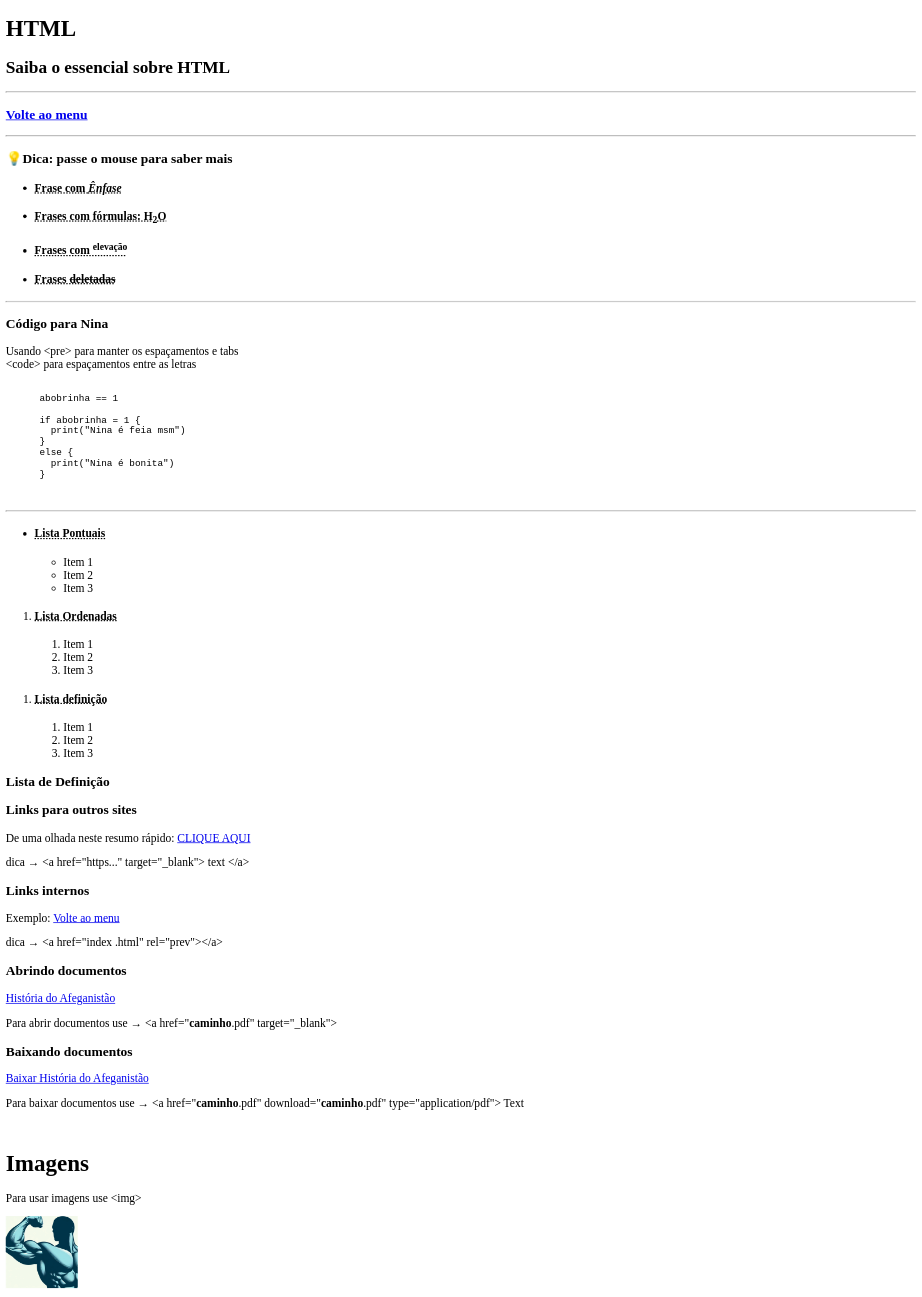
Repository: LuidyOn/Site_Forca_Total
Page: ForçaTotal/sobreHTML.html
The author's editor kept a copy of each file at every save. The page is drawn from the files as they stood at one save, then again after the next save.
The browser window is 1280 px wide. The pictures show the whole page, at 72% of full size.

Above is the page before, as saved 2025-05-15 20:35:02.

### ForçaTotal/sobreHTML.html
<!DOCTYPE html>
<html lang="pt-br">
<head>
  <meta charset="UTF-8">
  <meta name="viewport" content="width=device-width, initial-scale=1.0">
  <link rel="shortcut icon" href="img/icons/logo.ico" type="image/x-icon">
  <title>Testes Força total</title>
</head>
<body>
  <h1>HTML</h1>
  <h2>Saiba o essencial sobre HTML</h2>

  <hr>
  <h3><a href="index.html" rel="prev"> Volte ao menu</a></h3>
  <hr>

<h3>💡Dica: passe o mouse para saber mais</h3>

  <ul><li><h4> <abbr title="Para deixar uma frase com ênfase, usamos: <em> ">Frase com <em>Ênfase</em></h4> </abbr>
  </li></ul>

    <ul><li><h4><abbr title="Para utilizarmos frases 'baixas' ou fórmulas usamos: <sub></sub>"> Frases com fórmulas: H<sub>2</sub>O</abbr></h4> </li></ul>

  <ul><li><h4> <abbr title="Para utilizarmos frases com ênfase/superiores usamos: <sup></sup>">Frases com <sup>elevação</sup></h4> </abbr></li></ul>

  <ul><li><abbr title=" Para utilizarmos frases deletadas usamos: <del>"><h4>Frases <del>deletadas</del></h4></abbr></li></ul>

  <hr>

  <h3>Código para Nina</h3>
  <p>Usando &lt;pre&gt; para manter os espaçamentos e tabs <br> &lt;code&gt; para espaçamentos entre as letras</p>

  <p></p>

  <pre>
    <code>
      abobrinha == 1

      if abobrinha = 1 {
        print("Nina é feia msm")
      }
      else {
        print("Nina é bonita")
      }
    </code>
  </pre>

  <hr>

      <ul>
        <li>
          <abbr title="Para usar lista pontuadas use <ul>"> <h4>Lista Pontuais</h4> </abbr>
        </li>
          <ul>
            <li>Item 1</li>
            <li>Item 2</li>
            <li>Item 3</li>
          </ul>
      </ul>

      <ol>
        <li>
          <abbr title="Para usar lista ordenadas use <ol>"> <h4>Lista Ordenadas</h4> </abbr>
        </li>
          <ol>
            <li>Item 1</li>
            <li>Item 2</li>
            <li>Item 3</li>
          </ol>
      </ol>

      <ol>
        <li>
          <abbr title="Para usar uma lista de definição, use <dl> para agrupar os elementos, <dt> para o termo e <dd> para a descrição."> <h4>Lista definição</h4> </abbr>
        </li>
          <ol>
            <li>Item 1</li>
            <li>Item 2</li>
            <li>Item 3</li>
          </ol>
      </ol>

  <h3>Lista de Definição</h3>




    <h3>Links para outros sites</h3>
    <p>De uma olhada neste resumo rápido: <a href="https://www.youtube.com/watch?v=dQw4w9WgXcQ" target="_blank" rel="External"> CLIQUE AQUI </a></p>
    <p>dica &rarr; &lt;a href="https..." target="_blank"&gt; text &lt;/a&gt;</p>

    <h3>Links internos</h3>

    <p>Exemplo: <a href="index.html" rel="prev"> Volte ao menu</a></p>
    <p>dica &rarr; &lt;a href="index .html" rel="prev"&gt;&lt;/a&gt;</p>

    <h3>Abrindo documentos</h3>
    <p><a href="Documentos/PDFs/GUERRA DO AFEGANISTÃO.pdf" target="_blank"> História do Afeganistão</a></p>

    <p>Para abrir documentos use &rarr; &lt;a href="<strong>caminho</strong>.pdf" target="_blank"&gt;</p>

    <h3>Baixando documentos</h3>
    <p><a href="Documentos/PDFs/GUERRA DO AFEGANISTÃO.pdf" target="_blank" download="Documentos/PDFs/GUERRA DO AFEGANISTÃO.pdf" type="application/pdf"> Baixar História do Afeganistão</a></p>

    <p>Para baixar documentos use &rarr; &lt;a href="<strong>caminho</strong>.pdf" download="<strong>caminho</strong>.pdf" type="application/pdf"&gt; Text</p>

  <p><br></p>

  <h1>Imagens</h1>
  <p>Para usar imagens use &lt;img&gt;</p>
  <img src="img/parteSerior.png" alt="parte superior" style="width: 100px; height: 100px;">
</body>
</html>

After the next save:
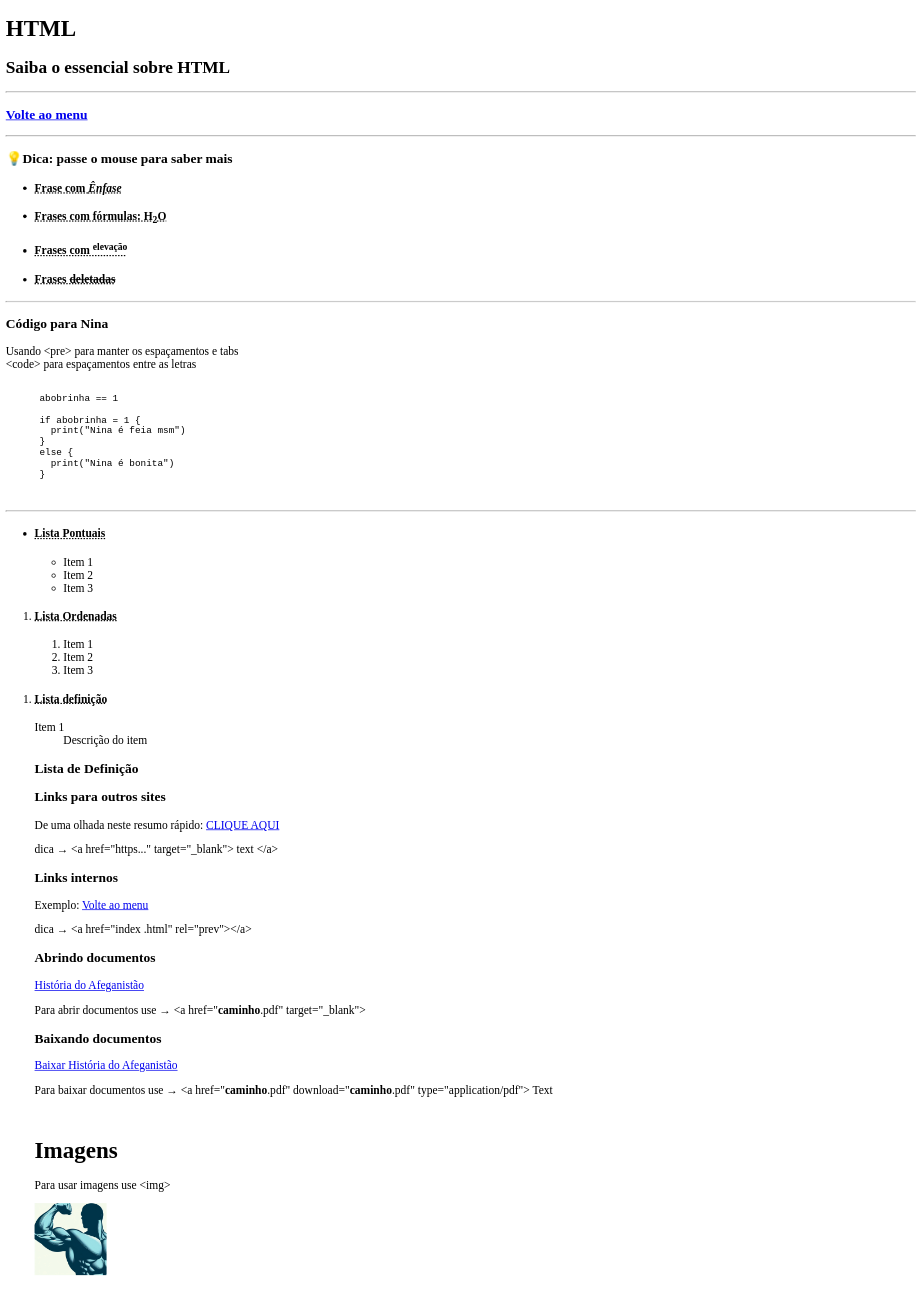
Saved 5 s later.
--- a/ForçaTotal/sobreHTML.html
+++ b/ForçaTotal/sobreHTML.html
@@ -72,13 +72,10 @@
       <ol>
         <li>
           <abbr title="Para usar uma lista de definição, use <dl> para agrupar os elementos, <dt> para o termo e <dd> para a descrição."> <h4>Lista definição</h4> </abbr>
-        </li>
-          <ol>
-            <li>Item 1</li>
-            <li>Item 2</li>
-            <li>Item 3</li>
-          </ol>
-      </ol>
+   <dl>
+    <dt>Item 1</dt>
+    <dd>Descrição do item</dd>
+   </dl>
 
   <h3>Lista de Definição</h3>
 
